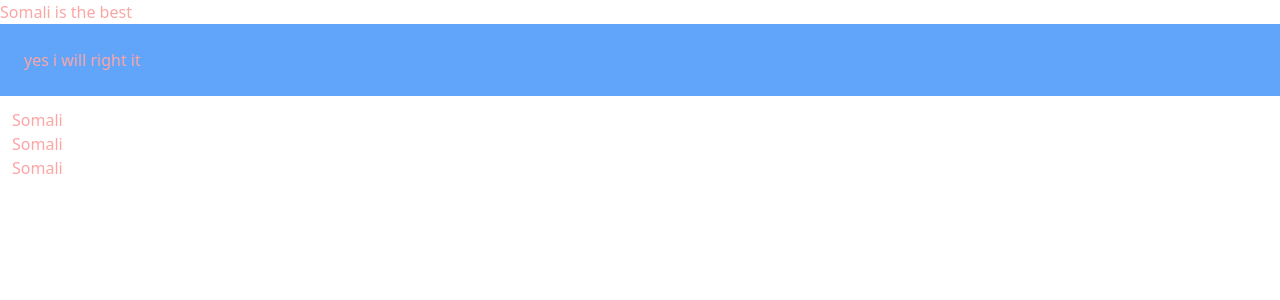
Repository: Abdulahi338/TailwindCss-exercise
Page: index.html
These files come from the project's save history. The page is drawn as it stood at one moment and after a run of saves; the edit follows.
The browser window is 1280 px wide. The pictures show the whole page.
Some web libraries are served in a nearby version.

Above is the page before, as saved 2025-06-06 13:15:24.

### index.html
<!DOCTYPE html>
<html lang="en">
<head>
    <meta charset="UTF-8">
    <meta name="viewport" content="width=device-width, initial-scale=1.0">
    <title>Document</title>
  <script src="https://cdn.tailwindcss.com"></script>
</head>
<body>
    <div class="flex flex-center flex-col ">
         <h2 class="text-red-300">Somali is the best</h2>
    <h3 class="text-red-300 p-6 md-12 bg-blue-400">yes i will right it</h3>

    </div>

    <div class="flex flex-row initial-scale  flex-col bg p-3 text-red-300
    ">
    <div class="">Somali</div>
    <div>Somali</div>
    <div>Somali</div>

    </div>

</body>
</html>

After the next 3 saves:
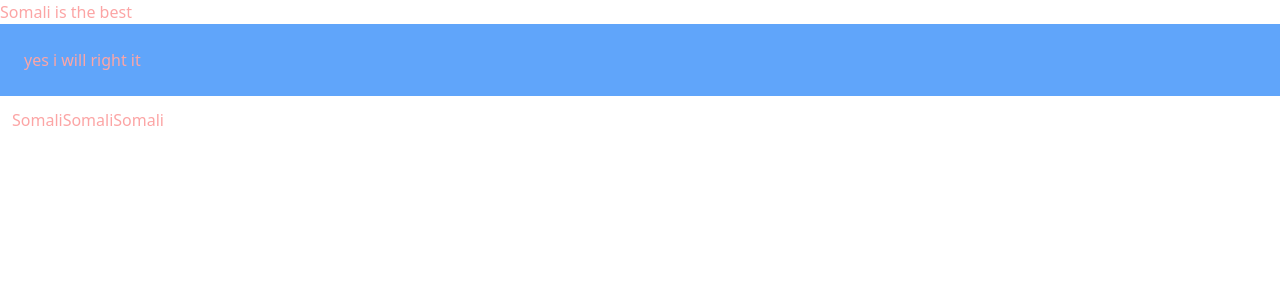
The 3 saves are shown as one change because they came seconds apart.
The last was saved 15 s later.
--- a/index.html
+++ b/index.html
@@ -13,7 +13,7 @@
 
     </div>
 
-    <div class="flex flex-row initial-scale  flex-col bg p-3 text-red-300
+    <div class="flex  initial-scale  flex-row bg p-3 text-red-300
     ">
     <div class="">Somali</div>
     <div>Somali</div>
